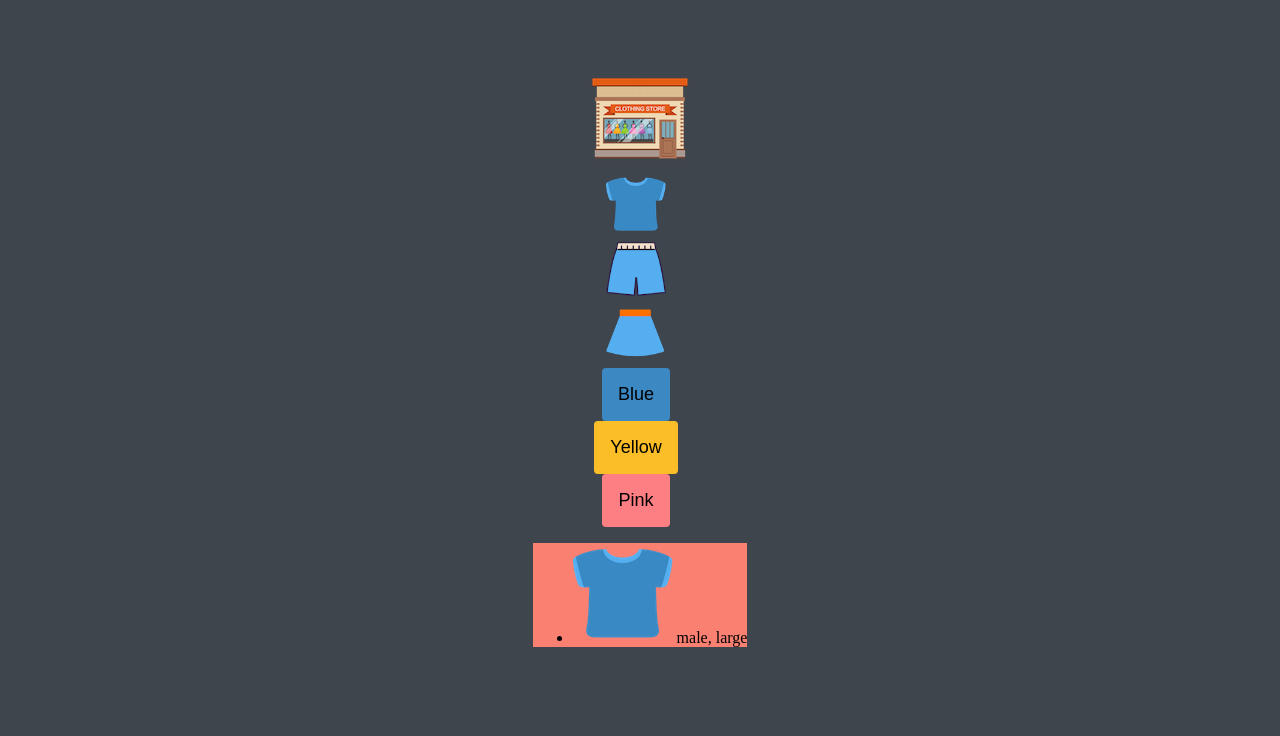
Repository: GoodHoneyCake/Dream_Coding_Academy1
Page: index.html
An editor plug-in stored every save of this project. The page is shown before and after the next save, followed by the edit.
The browser window is 1280 px wide. The pictures show the whole page.

Above is the page before, as saved 2021-01-06 16:25:19.

After the next save:
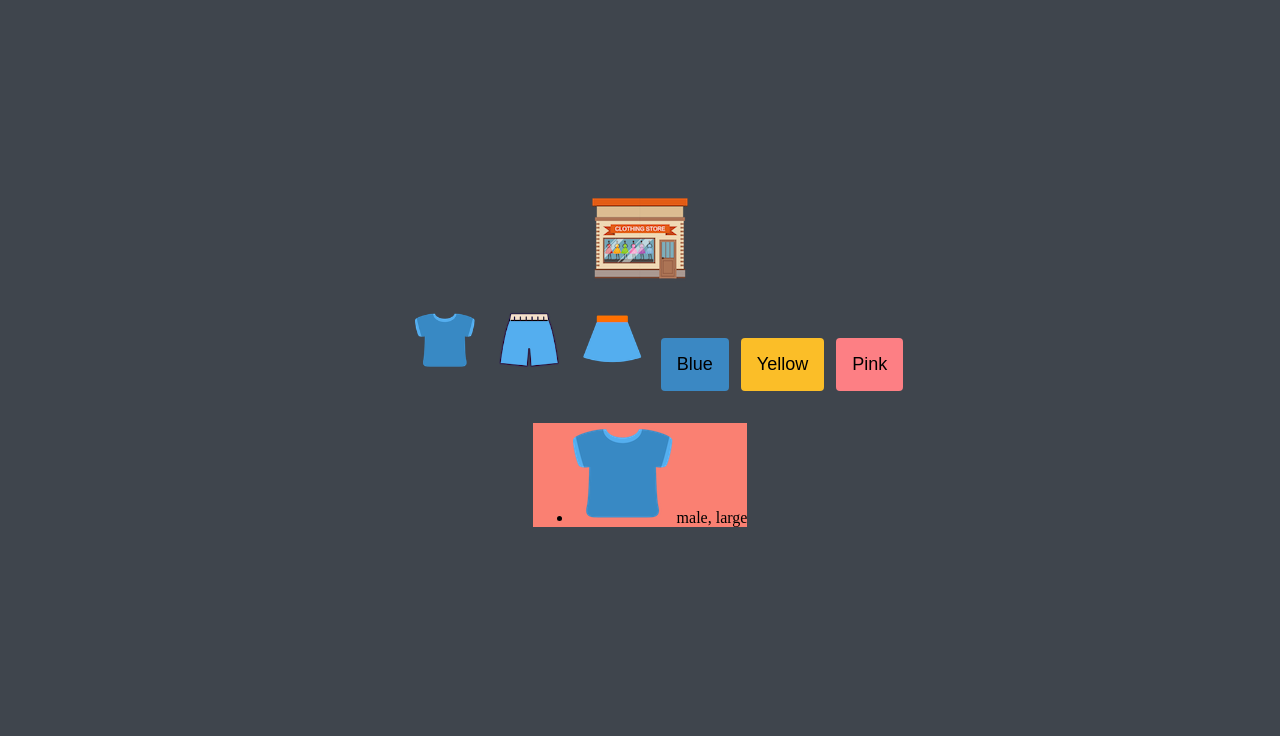
Saved 54 s later.
--- a/index.html
+++ b/index.html
@@ -11,18 +11,20 @@
     <!-- Logo -->
     <img src="img/logo.png" alt="Logo" class="logo" />
     <!-- Buttons -->
-    <button class="btn">
-      <img src="img/blue_t.png" alt="tshirt" class="imgBtn" />
-    </button>
-    <button class="btn">
-      <img src="img/blue_p.png" alt="pants" class="imgBtn" />
-    </button>
-    <button class="btn">
-      <img src="img/blue_s.png" alt="skirt" class="imgBtn" />
-    </button>
-    <button class="btn colorBtn blue">Blue</button>
-    <button class="btn colorBtn yellow">Yellow</button>
-    <button class="btn colorBtn pink">Pink</button>
+    <ul>
+      <button class="btn">
+        <img src="img/blue_t.png" alt="tshirt" class="imgBtn" />
+      </button>
+      <button class="btn">
+        <img src="img/blue_p.png" alt="pants" class="imgBtn" />
+      </button>
+      <button class="btn">
+        <img src="img/blue_s.png" alt="skirt" class="imgBtn" />
+      </button>
+      <button class="btn colorBtn blue">Blue</button>
+      <button class="btn colorBtn yellow">Yellow</button>
+      <button class="btn colorBtn pink">Pink</button>
+    </ul>
     <!-- Items -->
     <ul class="items">
       <li class="item">
